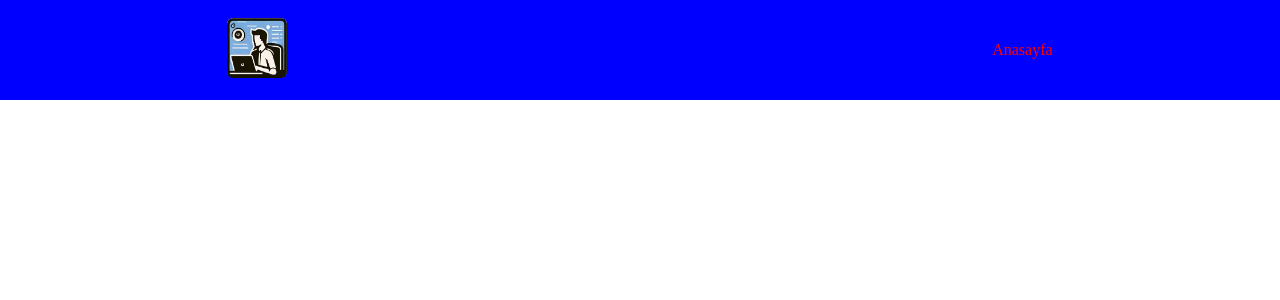
Repository: 0hasandemirtas/react-odev
Page: /
An editor plug-in stored every save of this project. The page is shown before and after a run of saves, followed by the edit.
The browser window is 1280 px wide. The pictures show the whole page.
The project was rebuilt for these pictures with package versions that can differ from the ones it lists, and the page was loaded fresh each time.

Above is the page before, as saved 2024-06-13 13:13:40.

After the next 2 saves:
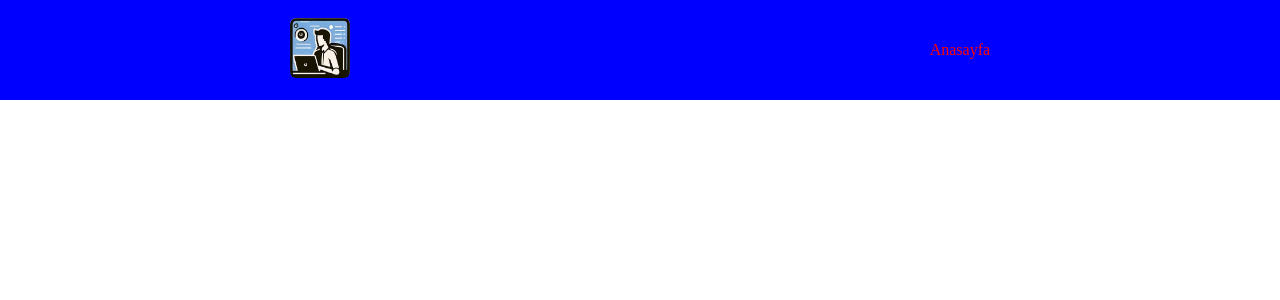
The 2 saves are shown as one change because they came seconds apart.
The last was saved 8 s later.
--- a/src/components/header/stylesheet.js
+++ b/src/components/header/stylesheet.js
@@ -18,7 +18,7 @@ const useStyles = createUseStyles({
         width:"100%"
     },
     logo:{
-        marginRight:"250px",
+        marginRight:"px",
         width:"60px",
         height:"60px",
         borderRadius:"6px"
